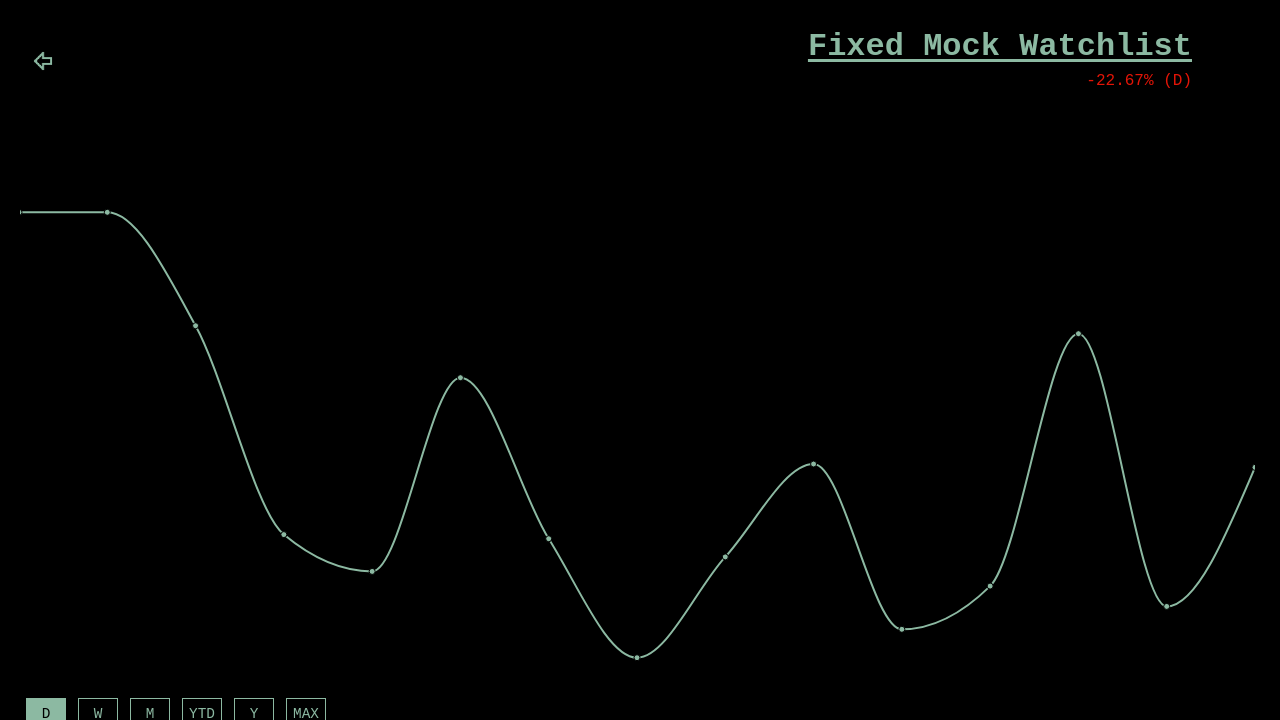
Repository: 11612x/burnlistv1.1
Page: /mockwatchlist
An editor plug-in stored every save of this project. The page is shown before and after the next save, followed by the edit.
The browser window is 1280 px wide. The pictures show the whole page.
An inner scrolling area shows only its first screen. The project was rebuilt for these pictures with package versions that can differ from the ones it lists, and the page was loaded fresh each time. Also part of the build but not shown: vite.config.js, src/components/CustomTooltip.jsx, src/data/randomNames.js, src/components/NotificationBanner.jsx, src/components/CustomButton.jsx, src/pages/HomePage.jsx, src/data/tickerUtils.js, src/data/createTicker.js and 13 more.

Above is the page before, as saved 2025-07-27 14:11:11.

After the next save:
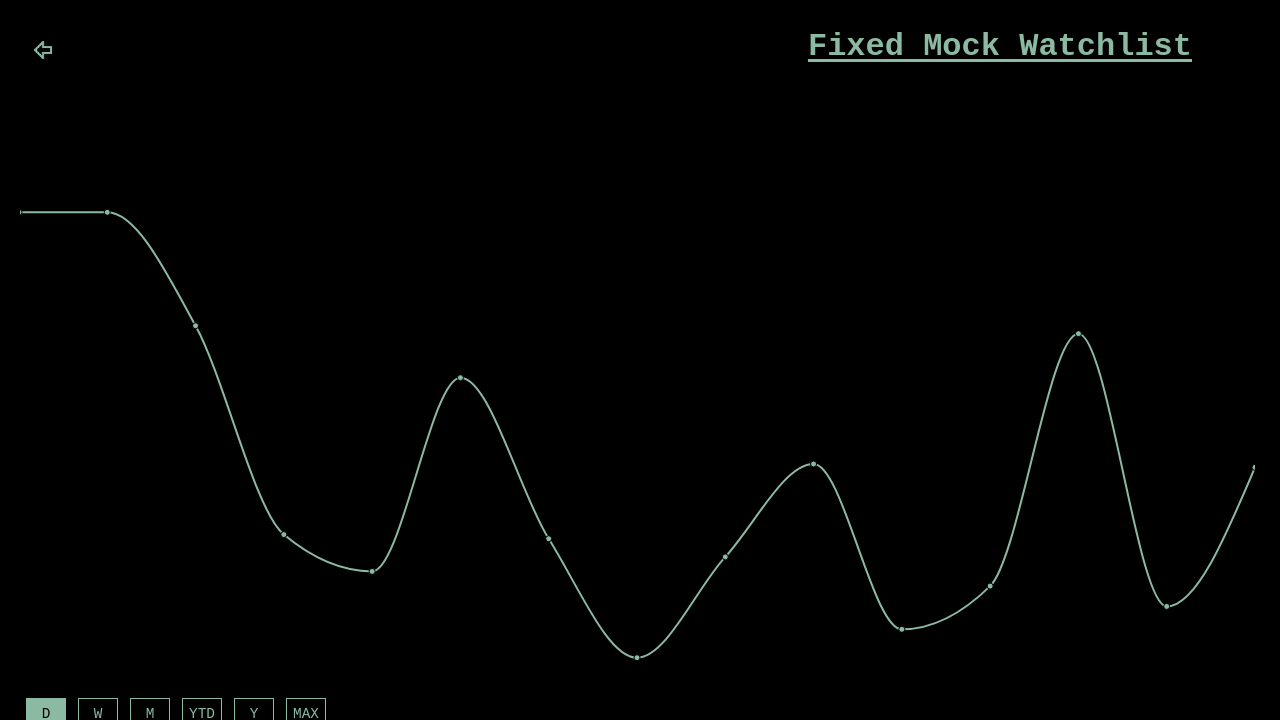
Saved 8 s later.
--- a/src/components/WatchlistHeader.jsx
+++ b/src/components/WatchlistHeader.jsx
@@ -260,22 +260,7 @@ const WatchlistHeader = ({ name, averageReturn, selected, setWatchlists, notific
           >
             {name || "Untitled Watchlist"}
           </h1>
-          <div
-            style={{
-              fontSize: "1rem",
-              marginTop: 4,
-              color: returnPercent >= 0 ? green : red,
-              '@media (max-width: 768px)': {
-                fontSize: "0.9rem",
-              },
-              '@media (max-width: 480px)': {
-                fontSize: "0.8rem",
-                marginTop: 2,
-              }
-            }}
-          >
-            {returnPercent !== null ? `${returnPercent.toFixed(2)}%` : "–%"} ({selected?.toUpperCase() || "N/A"})
-          </div>
+
 
           {/* API Request Status - only show when actively fetching this watchlist */}
           {fetchProgress && apiStatus && (
